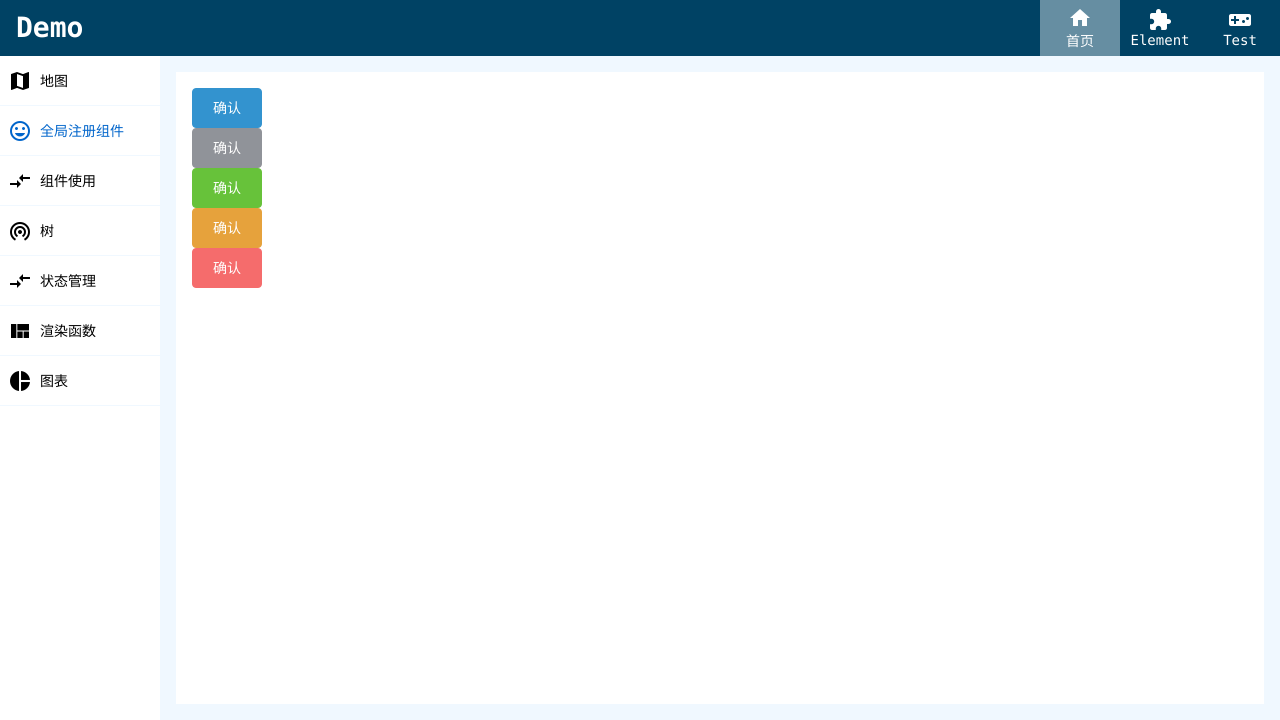
Repository: zh-webliker/element-vue
Page: /Main/Icon
An editor plug-in stored every save of this project. The page is shown before and after the next save, followed by the edit.
The browser window is 1280 px wide. The pictures show the whole page.
The project was rebuilt for these pictures with package versions that can differ from the ones it lists, and the page was loaded fresh each time. Also part of the build but not shown: vue.config.js, src/components/baseComponts/Basetitle.vue. Imported but missing from the stored project, and not drawn on this page: src/json/contour, src/json/hl.

Above is the page before, as saved 2020-09-11 16:26:29.

### public/index.html
<!DOCTYPE html>
<html lang="en">
  <head>
    <meta charset="utf-8">
    <meta http-equiv="X-UA-Compatible" content="IE=edge">
    <meta name="viewport" content="width=device-width,initial-scale=1.0">
    <link rel="icon" href="<%= BASE_URL %>favicon.ico">
    <title>demo</title>

  </head>
  <body>
    <noscript>
      <strong>We're sorry but demo doesn't work properly without JavaScript enabled. Please enable it to continue.</strong>
    </noscript>
    <div id="app"></div>
    <!-- built files will be auto injected -->
  </body>
</html>

### src/main.js
import Vue from 'vue'
import App from './App.vue'
import router from './router'
import store from './store/store'

import './style/style.scss'
import 'material-icons'

/***
 * 初始化axios
 * https://www.kancloud.cn/yunye/axios/234845
 */
import axios from 'axios'
axios.defaults.baseURL = process.env.NODE_ENV === 'production' ? '/' : '/api';
axios.defaults.headers.withCredentials = true;
Vue.prototype.$axios = axios;

// import './style/test.scss'

/**
 * element
 * */
import Element from 'element-ui'
import './style/element-variables.scss'
Vue.use(Element);


Vue.config.productionTip = false;

// import upperFirst from 'lodash/upperFirst'
// import camelCase from 'lodash/camelCase'

// const requireComponent = require.context(
//   // 其组件目录的相对路径
//   // '../src/components/baseComponts',
//   './components/baseComponts',
//   // 是否查询其子目录
//   false,
//   // 匹配基础组件文件名的正则表达式
//   /Base[A-Z]\w+\.(vue|js)$/
// )
// console.log(requireComponent.keys())
// requireComponent.keys().forEach(fileName => {
//   // 获取组件配置
//   const componentConfig = requireComponent(fileName)
//   // 这个地方直接传入filename其实就是内部会调用了resolve方法，会返回对应的文件内容（不理解可以console一下看看）
//   // 获取组件的 PascalCase 命名
//   const componentName = upperFirst(
//     camelCase(
//       // 获取和目录深度无关的文件名
//       fileName
//         .split('/')
//         .pop()
//         .replace(/\.\w+$/, '')
//     )
//   )

//   // 全局注册组件
//   Vue.component(
//     componentName,
//     // 如果这个组件选项是通过 `export default` 导出的，
//     // 那么就会优先使用 `.default`，
//     // 否则回退到使用模块的根。
//     componentConfig.default || componentConfig
//   )
// })
import Basebutton from './components/baseComponts/Basebutton.vue'
import Basetitle from './components/baseComponts/Basetitle.vue'
Vue.component('Basebutton', Basebutton)
Vue.component('Basetitle', Basetitle)
new Vue({
  router,
  store,
  render: h => h(App)
}).$mount('#app');

### src/App.vue
<template>
  <div id="app">

    <!--header标签和下面的nav标签，是H5新增的标签，相当于有语义的div-->
    <header class="header">

      <h1>{{appName}}</h1>

      <nav>

        <!--router-link是vue自带组件，用于项目内跳转，会编译成a标签-->
        <router-link to="/Main">
          <i class="material-icons">home</i>
          <span>首页</span>
        </router-link>
        <router-link to="/Element">
          <i class="material-icons">extension</i>
          <span>Element</span>
        </router-link>

        <router-link to="/Test">
          <i class="material-icons">videogame_asset</i>
          <span>Test</span>
        </router-link>
        <!--<router-link to="/">
          <i class="material-icons">logout</i>
          <span>退出</span>
        </router-link>-->
      </nav>
    </header>

    <router-view/>

  </div>
</template>

<script>
  const appName = "Demo";

  export default ({
    name: "App",
    data(){
      return {
        appName
      }
    }
  })

</script>

<style lang="scss">

</style>

### src/router.js
import Vue from 'vue'
import Router from 'vue-router'

Vue.use(Router);

export default new Router({
  mode: 'history',
  routes: [
    {
      path: "/",
      redirect: "/Main"
    },
    {
      name: "Main",
      path: "/Main",
      component: ()=> import('./views/main/Main.vue'),
      children: [
        {
          path: "/",
          redirect: "/Main/Map"
        },
        {
          //在router-link跳转中，如果路由设置了name，也可以用name替代path
          name: "Map",
          path: "/Main/Map",
          component: ()=> import('./views/main/Map.vue')
        },
        {
          name: "Icon",
          path: "/Main/Icon",
          component: ()=> import('./views/main/Icon.vue')
        },
        {
          name: "Tree",
          path: "/Main/Tree",
          component: ()=> import('./views/main/Tree.vue')
        },
        {
          name: "Storage",
          path: "/Main/Storage",
          component: ()=> import('./views/main/Storage.vue')
        },
        {
          name: "Storage2",
          path: "/Main/Storage2",
          component: ()=> import('./views/main/Storage2.vue')
        },
        {
          name: "Deliver",
          path: "/Main/Deliver",
          component: ()=> import('./views/main/Deliver.vue')
        },
        {
          name: "Charts",
          path: "/Main/Charts",
          component: ()=> import('./views/main/Charts.vue')
        }
      ]
    },
    {
      name: "Element",
      path: "/Element",
      component: ()=> import('./views/element/ElementMain.vue'),
      children: [
        {
          path: "/",
          redirect: "/Element/Table"
        },
        {
          name: "Table",
          path: "/Element/Table",
          component: ()=> import('./views/element/Table.vue'),
        },
        {
          name: "Tab",
          path: "/Element/Tab",
          component: ()=> import('./views/element/Tab.vue'),
        },
        {
          name: "Form",
          path: "/Element/Form",
          component: ()=> import('./views/element/Form.vue'),
        },
        {
          name: "Tree",
          path: "/Element/Tree",
          component: ()=> import('./views/element/Tree.vue'),
        }
      ]
    },

    {
      name: "Test",
      path: "/Test",
      component: ()=> import('./views/test/Test.vue'),
      redirect: "/Test/Mixin",

      children:[
        {
          name: "Mixin",
          path: "/Test/Mixin",
          component: ()=> import('./views/test/mixins/Index.vue')
        },
        {
          name: "DraggableModule",
          path: "/Test/DraggableModule",
          component: ()=> import('./views/test/draggable/DraggableModule.vue')
        }
      ]
    },

    //把404页面放到最后匹配剩下的全部页面
    {
      name: "404",
      path: "*",
      component: ()=> import('./views/404.vue'),
    }

  ]
})

### src/store/store.js
import Vue from 'vue'
import Vuex from 'vuex'

import StorageStore from './StorageStore'

Vue.use(Vuex);

export default new Vuex.Store({
  state: {

  },
  mutations: {

  },
  actions: {

  },

  //引入模组store
  modules: {
    storage: StorageStore
  }
})

### src/style/style.scss


/*theme*/
$primaryColor: #0065cb;
$primaryTextColor: white;
$primaryBgColor: #004264;
$bgColor: white;

/*global*/
a {
  text-decoration: none;
  color: inherit;
}
.page {
  position: absolute;
  top: 56px;
  bottom: 0;
  left: 0;
  right: 0;
  background-color: aliceblue;
}


/*body*/
body{
  padding: 0; margin: 0;
  font-family: 'Consolas', 'Microsoft YaHei UI';
  font-size: 14px;
}

/*header*/
header {
  background-color: $primaryBgColor;
  color: $primaryTextColor;
  padding: 0 16px;
  position: relative;
  height: 56px;

  h1 {
    margin: 0;
    line-height: 56px;
  }

  nav {
    position: absolute;
    right: 0;
    top: 0;
    height: 100%;
    cursor: pointer;
    display: flex;
    justify-content: center;

    a {
      display: inline-flex;
      width: 80px;
      height: 100%;
      justify-content: center;
      flex-direction: column;
      text-align: center;

      &:hover{
        background-color: rgba(255,255,255,0.1);
      }

      &.router-link-active{
        background-color: rgba(255,255,255,0.4);
      }
    }
  }
}

/*left navbar*/
.left-nav {
  position: absolute;
  width: 160px;
  top: 0;
  bottom: 0;
  left: 0;
  background-color: white;
  //color: $primaryTextColor;


  a {
    position: relative;
    display: flex;
    width: 100%;
    height: 50px;
    cursor: pointer;

    &:hover{
      //background-color: rgba(100,100,100,0.1);
      color: rgb(100,100,100);
    }
    &.router-link-active{
      //background-color: rgba(0,0,0,0.1);
      color: $primaryColor;
    }
    &:after{
      content: "";
      position: absolute;
      bottom: 0;
      width: 100%;
      height: 1px;
      //transform: scaleY(0.5);
      background-color: aliceblue;
    }

    i {
      line-height: 50px;
      width: 40px;
      text-align: center;
      font-size: 24px;
    }
    span {
      line-height: 50px;
      font-size: 14px;
    }

  }
}


.page-content {
  position: absolute;
  left: 160px;
  top: 0;
  bottom: 0;
  right: 0;
  //background-color: aliceblue;
  margin: 16px;
  padding: 16px;
  background-color: white;
  overflow-y: auto;
  overflow-x: auto;

  article{
    padding-bottom: 80px;
  }
}

### src/style/element-variables.scss
/* 改变主题色变量 */
// $--color-primary: #00806a;
$--color-primary: rgb(51, 147, 207);
$--color-error:pink;
/* 改变 icon 字体路径变量，必需 */
$--font-path: '~element-ui/lib/theme-chalk/fonts';

@import "~element-ui/packages/theme-chalk/src/index";

.el-main>div:nth-child(2){
  padding: 16px;
}

### src/components/baseComponts/Basebutton.vue
<template>
  <div>
    <el-button :type="type">确认</el-button>
  </div>
</template>

<script>
export default {
  name: 'Basebutton',
  props: {
    type: {
      type: String,
      default: 'primary'
    }
  }
}
</script>

<style>

</style>

### src/views/main/Main.vue
<template>
  <div class="page">

    <nav class="left-nav">
      <router-link to="Map">
        <i class="material-icons">map</i>
        <span>地图</span>
      </router-link>
      <router-link to="Icon">
        <i class="material-icons">insert_emoticon</i>
        <span>全局注册组件</span>
      </router-link>
      <router-link to="Storage2">
        <i class="material-icons">compare_arrows</i>
        <span>组件使用</span>
      </router-link>
      <router-link to="Tree">
        <i class="material-icons">wifi_tethering</i>
        <span>树</span>
      </router-link>
      <router-link to="Storage">
        <i class="material-icons">compare_arrows</i>
        <span>状态管理</span>
      </router-link>
      <router-link to="Deliver">
        <i class="material-icons">view_quilt</i>
        <span>渲染函数</span>
      </router-link>
      <router-link to="Charts">
        <i class="material-icons">pie_chart</i>
        <span>图表</span>
      </router-link>
    </nav>

    <div class="page-content">
      <router-view/>
    </div>
  </div>
</template>

<script>
  export default {
    name: "Main"
  }
</script>

<style scoped>

</style>

### src/views/main/Icon.vue
<template>
  <div>
    <Basebutton></Basebutton>
    <Basebutton :type='info'></Basebutton>
    <Basebutton type='success'></Basebutton>
    <Basebutton type='warning'></Basebutton>
    <Basebutton type='danger'></Basebutton>
  </div>
</template>

<script>
  export default {
    name: "Icon",
    data () {
      return {
        info: 'info'
      }
    }
  }
</script>

<style scoped>
</style>

### src/store/StorageStore.js

//vuex store 模块
//https://vuex.vuejs.org/zh/guide/modules.html

export default {

  //开启命名空间
  namespaced: true,

  //状态
  state: {
    "storageText": "请输入一些文字",
    "storageTime": 0
  },

  //set操作
  mutations: {
    setText: (state, text)=> state.storageText = text,
    setTime: (state, time)=> state.storageTime = time
  },

  //批量操作，可以执行异步
  actions: {
    setStorage(context, obj){
      context.commit('setText', obj.text);
      context.commit('setTime', obj.time);
    }
  },

  //get操作
  getters:{
    getText(state) {
      return state.storageText;
    },
    getTime(state) {
      return state.storageTime;
    },
    getNextTime(state){
      return state.storageTime + 60;
    }
  }
}

After the next save:
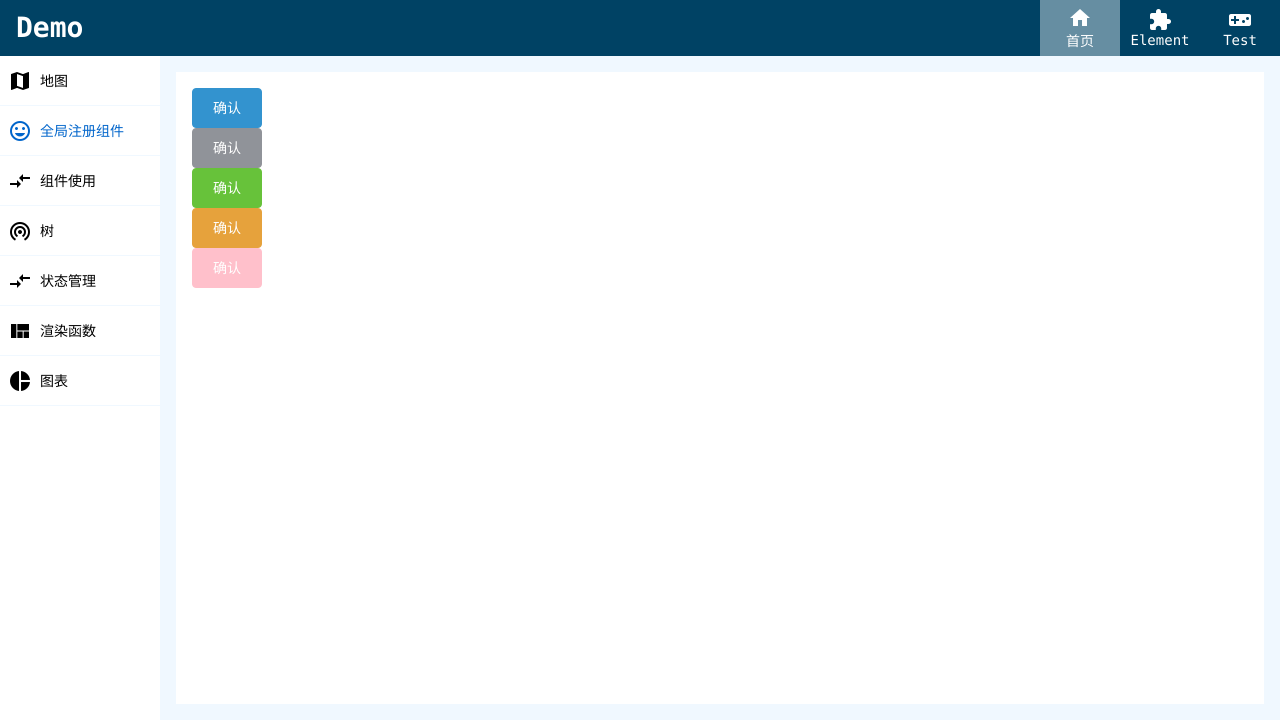
Saved 21 s later.
--- a/src/style/element-variables.scss
+++ b/src/style/element-variables.scss
@@ -1,7 +1,7 @@
 /* 改变主题色变量 */
 // $--color-primary: #00806a;
 $--color-primary: rgb(51, 147, 207);
-$--color-error:pink;
+$--color-danger:pink;
 /* 改变 icon 字体路径变量，必需 */
 $--font-path: '~element-ui/lib/theme-chalk/fonts';
 

After the save that followed:
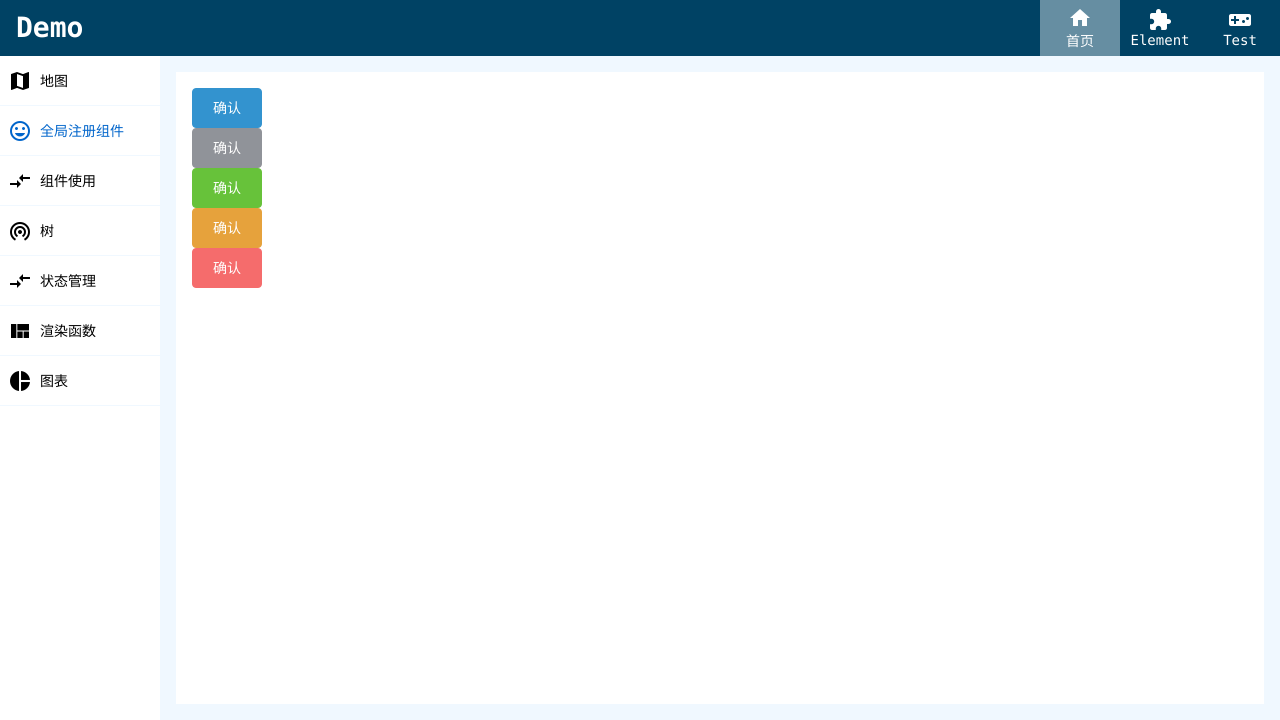
Saved 29 s later.
--- a/src/style/element-variables.scss
+++ b/src/style/element-variables.scss
@@ -1,7 +1,7 @@
 /* 改变主题色变量 */
 // $--color-primary: #00806a;
 $--color-primary: rgb(51, 147, 207);
-$--color-danger:pink;
+// $--color-danger:pink;
 /* 改变 icon 字体路径变量，必需 */
 $--font-path: '~element-ui/lib/theme-chalk/fonts';
 
